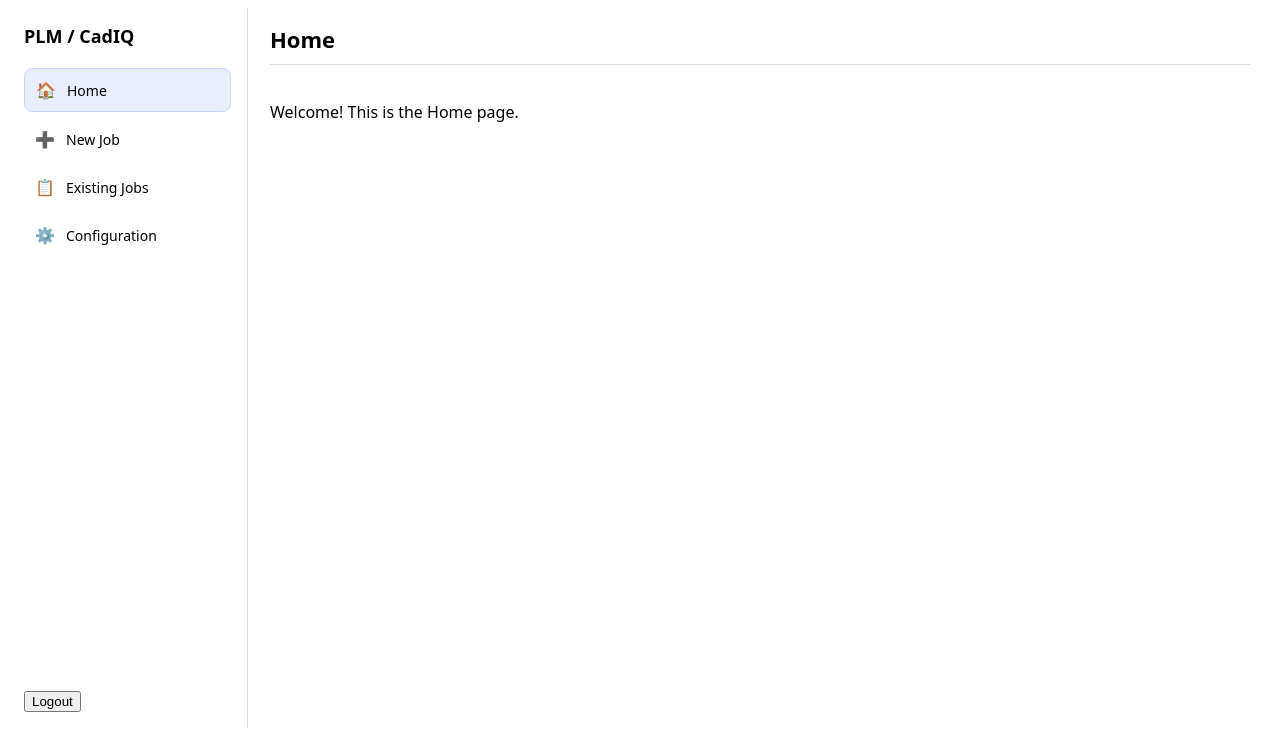
Repository: yaleevans/plm-cadiq
Page: /
An editor plug-in stored every save of this project. The page is shown before and after the next save, followed by the edit.
The browser window is 1280 px wide. The pictures show the whole page.
The project was rebuilt for these pictures with package versions that can differ from the ones it lists, and the page was loaded fresh each time. The framework's server and built-in components were replaced by stand-ins that run in the browser. Also part of the build but not shown: svelte.config.js, vite.config.ts.

Above is the page before, as saved 2026-02-11 11:57:43.

After the next save:
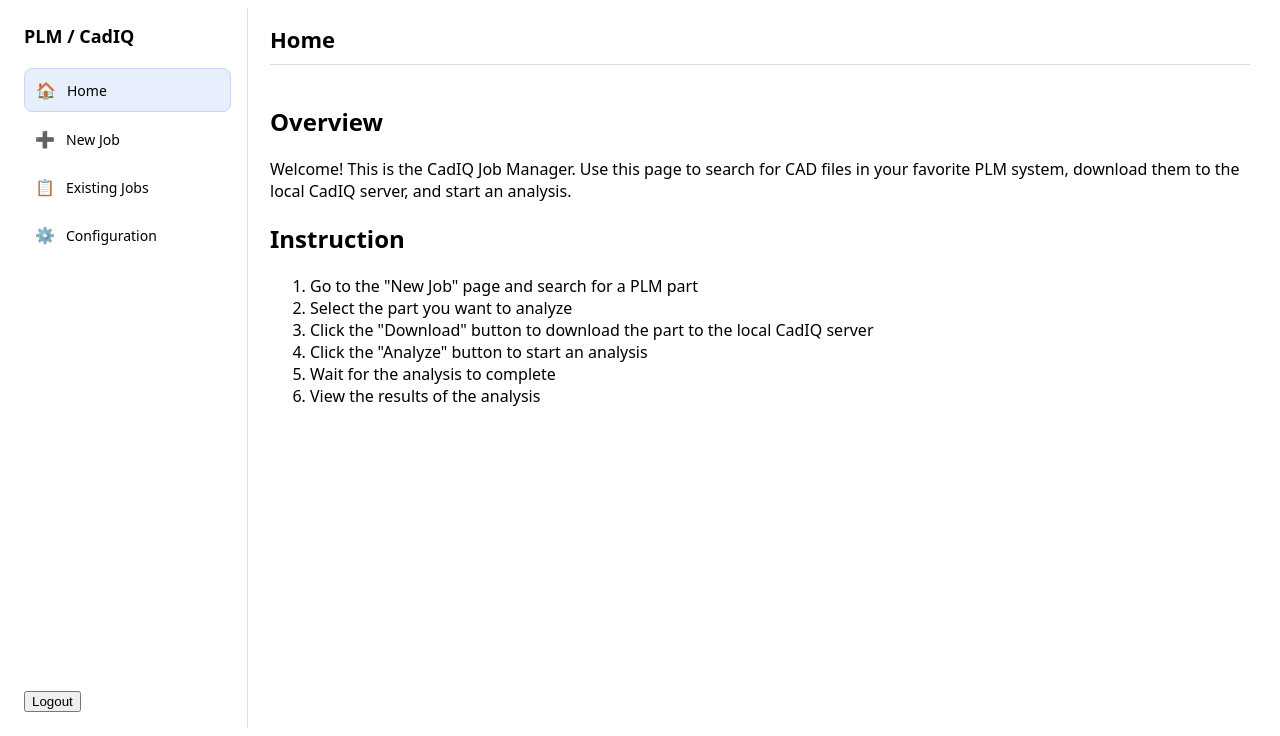
Saved 2 min 31 s later.
--- a/src/routes/+page.svelte
+++ b/src/routes/+page.svelte
@@ -1 +1,15 @@
-<p>Welcome! This is the Home page.</p>
+<h1>Overview</h1>
+<p>
+	Welcome! This is the CadIQ Job Manager. Use this page to search for CAD files in your favorite PLM
+	system, download them to the local CadIQ server, and start an analysis.
+</p>
+
+<h1>Instruction</h1>
+<ol>
+	<li>Go to the "New Job" page and search for a PLM part</li>
+	<li>Select the part you want to analyze</li>
+	<li>Click the "Download" button to download the part to the local CadIQ server</li>
+	<li>Click the "Analyze" button to start an analysis</li>
+	<li>Wait for the analysis to complete</li>
+	<li>View the results of the analysis</li>
+</ol>
